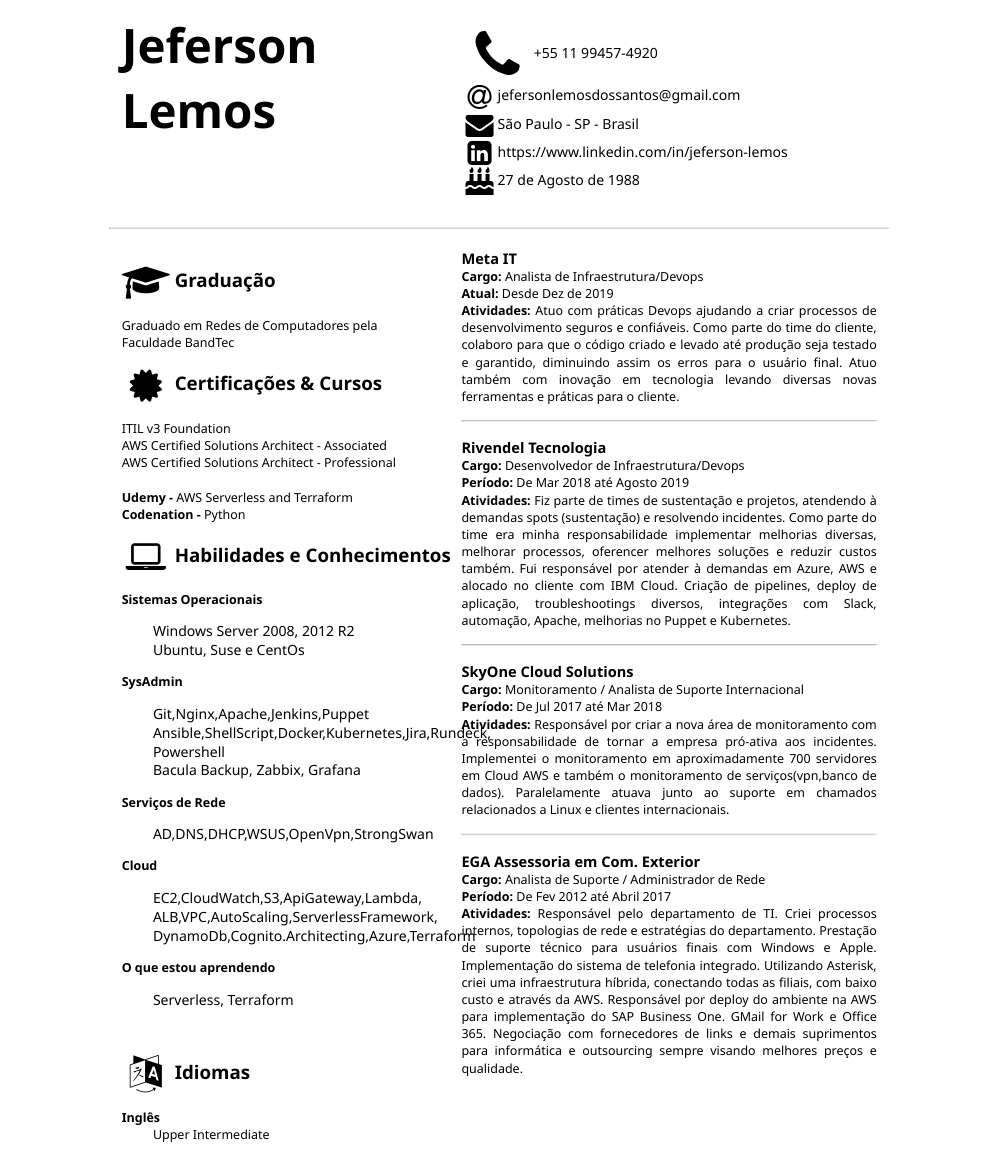
Repository: jefersonlemos/Resume-pt
Page: index.html
The author's editor kept a copy of each file at every save. The page is drawn from the files as they stood at one save, then again after the next save.
The browser window is 1280 px wide. The pictures show the whole page, at 78% of full size.

Above is the page before, as saved 2020-06-15 12:14:44.

### index.html
<!DOCTYPE html>

<html lang="en">
<head>
    <meta charset="utf-8" />
    <title>Jeferson Lemos PT</title>
    <link rel="stylesheet" href="./css/normalize.css" type="text/css" />
    <link rel="stylesheet" href="./css/app.css" type="text/css" />
    <link rel="stylesheet" href="./css/font-awesome.min.css" type="text/css" />
</head>
<body>
    <div class="content">
        <header>
            <section>
                <h1>Jeferson <br />Lemos</h1>
            </section>
            <section>
                <ul>
                    <li>
                        <i class="fa fa-fw fa-4x fa-phone"></i>+55 11 99457-4920
                    </li>
                    <li>
                        <i class="fa fa-fw fa-2x fa-at"></i>jefersonlemosdossantos@gmail.com
                    </li>
                    <li>
                        <i class="fa fa-fw fa-2x fa-envelope"></i>São Paulo - SP - Brasil
                    </li>
                    <li>
                        <i class="fa fa-fw fa-2x fa-linkedin-square"></i>https://www.linkedin.com/in/jeferson-lemos
                    </li>
                    <li>
                        <i class="fa fa-fw fa-2x fa-birthday-cake"></i>27 de Agosto de 1988
                    </li>
                </ul>
            </section>
        </header>
        <hr />
        <main>
            <section>
                <article>
                    <h2><i class="fa fa-fw fa-2x fa-graduation-cap"></i> Graduação</h2>
                        Graduado em Redes de Computadores pela <br />
                        Faculdade BandTec

                </article>
                <article>
                    <h2><i class="fa fa-fw fa-2x fa-certificate"></i> Certificações & Cursos</h2>

                        ITIL v3 Foundation </br>
                        AWS Certified Solutions Architect - Associated </br>
                        AWS Certified Solutions Architect - Professional</br>
						</br>

					<b>Udemy - </b>AWS Serverless and Terraform</br>
					<b>Codenation - </b> Python </br>

                </article>
				 <article>
                    <h2><i class="fa fa-fw fa-2x fa-laptop"></i> Habilidades e Conhecimentos</h2>
                    <dl>
                        <dt>Sistemas Operacionais</dt>
                        <dd>
                            <ul>
                                <li>Windows Server 2008, 2012 R2</li>
                                <li>Ubuntu, Suse e CentOs</li>
                            </ul>
                        </dd>
                        <dt>SysAdmin</dt>
                        <dd>
                            <ul>
                                <li>Git,Nginx,Apache,Jenkins,Puppet</li>
                                <li>Ansible,ShellScript,Docker,Kubernetes,Jira,Rundeck, Powershell </li>
                                <li>Bacula Backup, Zabbix, Grafana</li>

                            </ul>
                        </dd>
                        <dt>Serviços de Rede</dt>
                        <dd>
                            <ul>
                                <li>AD,DNS,DHCP,WSUS,OpenVpn,StrongSwan</li>
                            </ul>
                        </dd>
                        <dt>Cloud</dt>
                        <dd>
                            <ul>
                                <li>EC2,CloudWatch,S3,ApiGateway,Lambda,
                                    ALB,VPC,AutoScaling,ServerlessFramework,
                                    DynamoDb,Cognito.Architecting,Azure,Terraform </li>
                            </ul>
                        </dd>
                        <dt>O que estou aprendendo</dt>
                        <dd>
                            <ul>
                                <li>Serverless, Terraform</li>
                            </ul>
                        </dd>
                    </dl>
                </article>
                <br />
                <article>
                    <h2><i class="fa fa-fw fa-2x fa-language"></i> Idiomas</h2>
                    <dl>
                        <dt>Inglês</dt>
                        <dd>Upper Intermediate</dd>
                    </dl>
                </article>
            </section>
            <section>
                <article>
                    <h3>Meta IT</h3>
                    <strong>Cargo:</strong> Analista de Infraestrutura/Devops <br />
                    <strong>Atual:</strong> Desde Dez de 2019<br />
                    <strong>Atividades:</strong> Atuo com práticas Devops ajudando a criar processos de desenvolvimento seguros e confiáveis. Como parte do time do cliente,
                     colaboro para que o código criado e levado até produção seja testado e garantido, diminuindo assim os erros para o usuário final.
                     Atuo também com inovação em tecnologia levando diversas novas ferramentas e práticas para o cliente.
                    <hr />
					<h3>Rivendel Tecnologia</h3>
                    <strong>Cargo:</strong> Desenvolvedor de Infraestrutura/Devops <br />
                    <strong>Período:</strong> De Mar 2018 até Agosto 2019<br />
                    <strong>Atividades:</strong> Fiz parte de times de sustentação e projetos, atendendo à demandas spots (sustentação) e resolvendo incidentes.
                    Como parte do time era minha responsabilidade implementar melhorias diversas, melhorar processos, oferencer melhores soluções e reduzir custos também.
                    Fui responsável por atender à demandas em Azure, AWS e alocado no cliente com IBM Cloud. Criação de pipelines, deploy de aplicação, troubleshootings diversos,
                     integrações com Slack, automação, Apache, melhorias no Puppet e Kubernetes.
                    <hr />
		            <h3>SkyOne Cloud Solutions</h3>
                    <strong>Cargo:</strong> Monitoramento / Analista de Suporte Internacional <br />
                    <strong>Período:</strong> De Jul 2017 até Mar 2018<br />
                    <strong>Atividades:</strong> Responsável por criar a nova área de monitoramento com a responsabilidade de tornar a empresa pró-ativa aos incidentes.
                    Implementei o monitoramento em aproximadamente 700 servidores em Cloud AWS e também o monitoramento de serviços(vpn,banco de dados).
			        Paralelamente atuava junto ao suporte em chamados relacionados a Linux e clientes internacionais.
                    <hr />
                    <h3>EGA Assessoria em Com. Exterior</h3>
                    <strong>Cargo:</strong> Analista de Suporte / Administrador de Rede  <br />
                    <strong>Período:</strong> De Fev 2012 até Abril 2017<br />
                    <strong>Atividades:</strong> Responsável pelo departamento de TI. Criei processos internos, topologias de rede e estratégias do departamento.
                    Prestação de suporte técnico para usuários finais com Windows e Apple. Implementação do sistema de telefonia integrado. Utilizando Asterisk,
                    criei uma infraestrutura híbrida, conectando todas as filiais, com baixo custo e através da AWS. Responsável por deploy do ambiente na AWS para
                    implementação do SAP Business One. GMail for Work e Office 365. Negociação com fornecedores de links e demais suprimentos para informática e outsourcing
                    sempre visando melhores preços e qualidade.
                    <!-- <hr />
                    <h3>Kosmos Tecnologia</h3>
                    <strong>Cargo:</strong> Empreendedor<br />
                    <strong>Período:</strong> De Nov 2009 até Fev 2012<br />
                    <strong>Atividades:</strong> Eu fui um empreendedor e fui responsável por prover suporte técnico (hardware e software) para os clientes.
                    Fui também responsável por procurar novos clientes.
                    Prestei consultoria para pequenas empresas montando novos escritórios, criando websites, politicas de rede, backups e melhorias na rede.
                    Migrei um grande site chamado famosidades.com.br de um pequeno hosting para um hosting maior e mais seguro, migrei de Windows para Linux.
                    <hr /> -->
                   <!-- <h3>Stefanini IT Solutions</h3>
                    <strong>Cargo:</strong> Analista de Suporte I & II<br />
                    <strong>Periodo:</strong> De Nov 2008 até Nov 2009<br />
                    <strong>Atividades :</strong> Meu primeiro emprego, eu prestei suporte técnico em início de carreira. Participei de um projeto de migração de
                    1000 hosts de um domínio Windows 2003 para um novo domínio WIndows 2008.
                    <hr />-->
                </article>
            </section>
        </main>
        <footer>

        </footer>
    </div>
</body>
</html>

### css/app.css
body {
    font-family: 'Segoe UI', sans-serif;
}

.content {
    width: 1000px;
    margin: 0 auto;
}

header,
main {
    display: flex;
    padding: 1rem;
}

    header section,
    main section {
        -ms-flex: 1;
        flex: 1;
    }
    header section:first-child,
    main section:first-child {
        max-width: 45%;
    }

header h1 {
    font-size: 3.8rem;
    margin: 0;
}
main h3 {
    margin: 0;
}
main hr {
    margin: 20px 0;
}
header .fa,
main .fa {
    vertical-align: middle;
}
ul {
    list-style: none;
    padding: 0;
    font-size: 18px;
}

dt {
    font-weight: bold;
}

/* Para ajustar o tamanho da fonte e alinhamento do texto nos campos de experiência
propriedade criada por mim  */
article {
    font-size: 16px;
    text-align: justify;
}

Loaded but not shown: css/normalize.css (library); css/font-awesome.min.css (library)

After the next save:
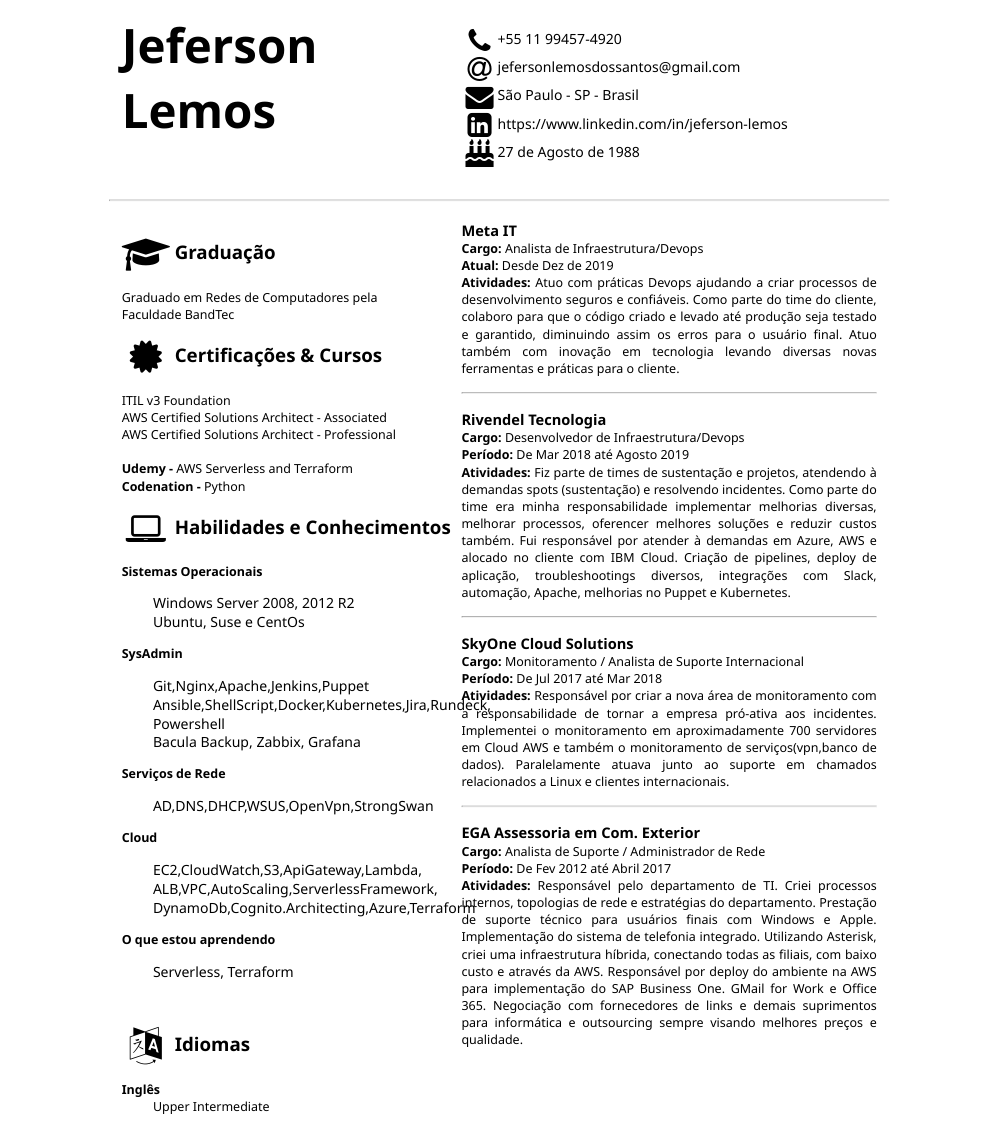
Saved 6 s later.
--- a/index.html
+++ b/index.html
@@ -17,7 +17,7 @@
             <section>
                 <ul>
                     <li>
-                        <i class="fa fa-fw fa-4x fa-phone"></i>+55 11 99457-4920
+                        <i class="fa fa-fw fa-2x fa-phone"></i>+55 11 99457-4920
                     </li>
                     <li>
                         <i class="fa fa-fw fa-2x fa-at"></i>jefersonlemosdossantos@gmail.com
